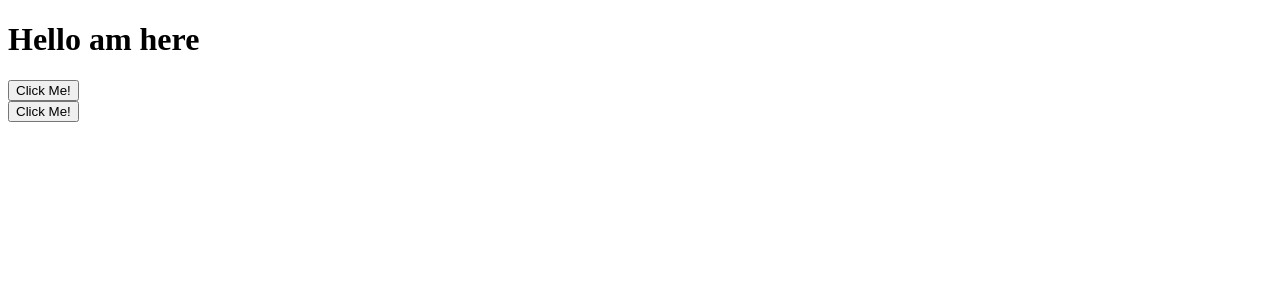
Repository: ohis/JAVAOnTheWeb
Page: http://localhost/ButtonClicker/Clicker
An editor plug-in stored every save of this project. The page is shown before and after the next save, followed by the edit.
The browser window is 1280 px wide. The pictures show the whole page.
The page is served by Tomcat 9.

Above is the page before, as saved 2017-12-03 02:38:18.

After the next save:
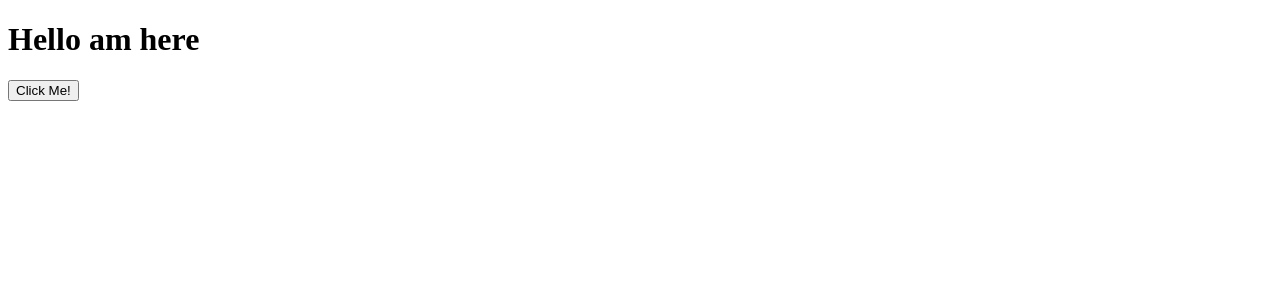
Saved 13 s later.
--- a/servlets/ButtonClicker/WebContent/WEB-INF/views/click.jsp
+++ b/servlets/ButtonClicker/WebContent/WEB-INF/views/click.jsp
@@ -12,6 +12,6 @@
   <form action="Click" method="get">
     <input type="submit" value="Click Me!">
   </form>
-   <button>Click Me!</button>
+
 </body>
 </html>
